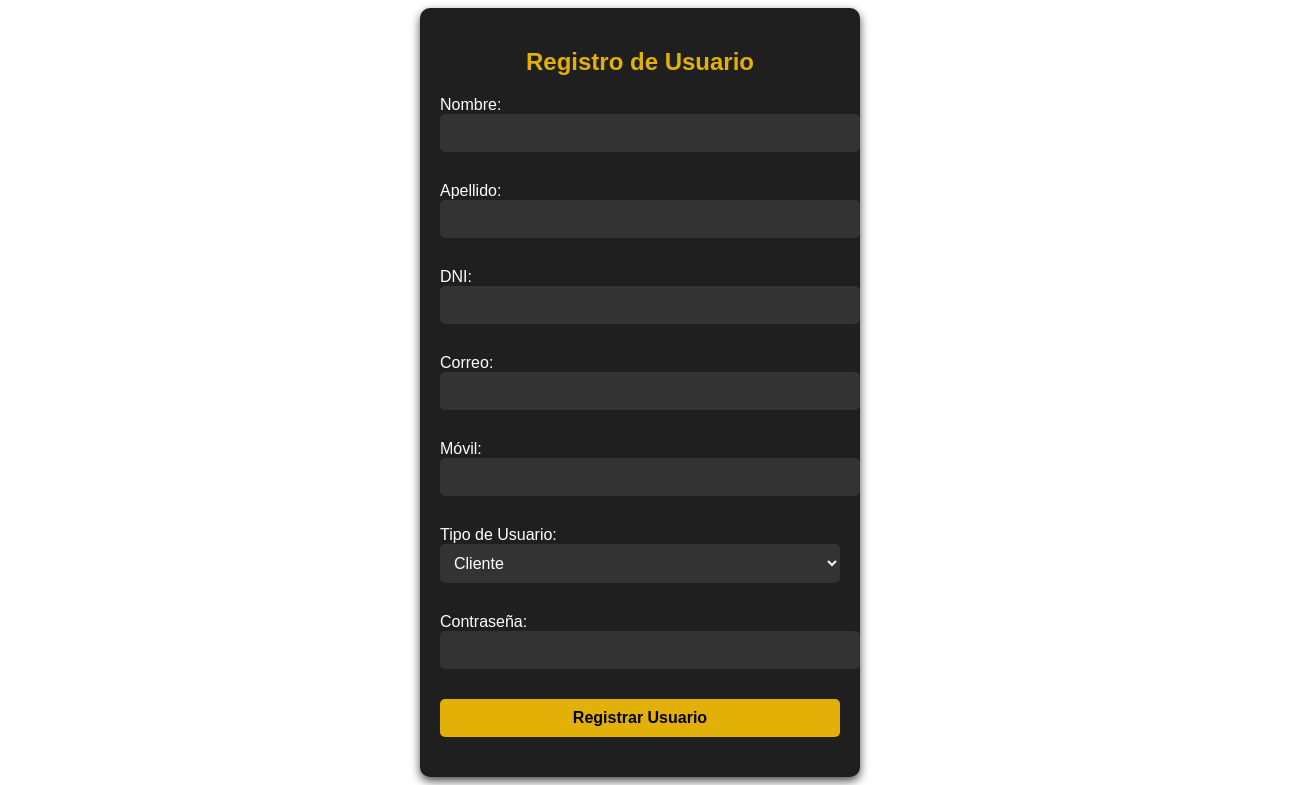
Repository: demoniers/clase
Page: /singin (app in misproyectos/concesionario/)
These files come from the project's save history. The page is drawn as it stood at one moment and after the next save; the edit follows.
The browser window is 1280 px wide. The page is 1280 px wide, then 1292 px, so the pictures cover 1292 px, including what lies to the right of the window. The pictures show the whole page.
The project was rebuilt for these pictures with package versions that can differ from the ones it lists, and the page was loaded fresh each time. Also part of the build but not shown: misproyectos/concesionario/src/routes/Home/Home.css, misproyectos/concesionario/src/routes/Home/Home.js, misproyectos/concesionario/src/routes/concesionario/Concesionario.css, misproyectos/concesionario/src/routes/concesionario/Concesionario.js.

Above is the page before, as saved 2025-03-19 13:01:31.

### misproyectos/concesionario/src/index.js
import React from 'react';
import { createRoot } from 'react-dom/client';
import { BrowserRouter } from 'react-router-dom';
import App from './App';

const rootElement = document.getElementById('root');
const root = createRoot(rootElement);

root.render(
  <React.StrictMode>
    <BrowserRouter>
      <App />
    </BrowserRouter>
  </React.StrictMode>
);


/*import React from 'react';
import { createRoot } from 'react-dom/client';
import App from './App';
import ReactDOM from 'react-dom/client';
import './index.css';
import { BrowserRouter } from 'react-router-dom';

const rootElement = document.getElementById('root');
const root = createRoot(rootElement);

root.render(
  <React.StrictMode>
    <App />
  </React.StrictMode>
);
*/

// If you want to start measuring performance in your app, pass a function
// to log results (for example: reportWebVitals(console.log))
// or send to an analytics endpoint. Learn more: https://bit.ly/CRA-vitals
//reportWebVitals();

### misproyectos/concesionario/src/App.js
import React from 'react';
import { Route, Routes } from 'react-router-dom';
import Home from './routes/Home/Home';
import Concesionario from './routes/concesionario/Concesionario';
import Singin from './routes/Users/singin';

function App() {
  return (
    <Routes>
      <Route path="/" element={<Home />} />
      <Route path="/concesionario" element={<Concesionario />} />
      <Route path="/singin" element={<Singin />} />
    </Routes>
  );
}

export default App;

### misproyectos/concesionario/src/routes/Users/singin.js
import React, { useState } from 'react';
import './singin.css';

function RegistroUsuario() {
  const [formData, setFormData] = useState({
    nombre: '',
    apellido: '',
    dni: '',
    correo: '',
    movil: '',
    tipo_usuario: '0', // Cliente por defecto
    contraseña: '',
  });

  const handleChange = (e) => {
    const { name, value } = e.target;
    setFormData({ ...formData, [name]: value });
  };

  const handleSubmit = async (e) => {
    e.preventDefault();
    try {
      const response = await fetch('http://tu-backend/api/usuarios', {
        method: 'POST',
        headers: {
          'Content-Type': 'application/json',
        },
        body: JSON.stringify(formData),
      });
      if (response.ok) {
        alert('Usuario registrado exitosamente.');
        setFormData({
          nombre: '',
          apellido: '',
          dni: '',
          correo: '',
          movil: '',
          tipo_usuario: '0',
          contraseña: '',
        });
      } else {
        alert('Error al registrar el usuario.');
      }
    } catch (error) {
      console.error('Error:', error);
      alert('Hubo un problema con el registro.');
    }
  };

  return (
    <div className="registro-formulario">
      <h2>Registro de Usuario</h2>
      <form onSubmit={handleSubmit}>
        <label>
          Nombre:
          <input
            type="text"
            name="nombre"
            value={formData.nombre}
            onChange={handleChange}
            required
          />
        </label>
        <label>
          Apellido:
          <input
            type="text"
            name="apellido"
            value={formData.apellido}
            onChange={handleChange}
            required
          />
        </label>
        <label>
          DNI:
          <input
            type="text"
            name="dni"
            value={formData.dni}
            onChange={handleChange}
            required
          />
        </label>
        <label>
          Correo:
          <input
            type="email"
            name="correo"
            value={formData.correo}
            onChange={handleChange}
            required
          />
        </label>
        <label>
          Móvil:
          <input
            type="text"
            name="movil"
            value={formData.movil}
            onChange={handleChange}
            required
          />
        </label>
        <label>
          Tipo de Usuario:
          <select
            name="tipo_usuario"
            value={formData.tipo_usuario}
            onChange={handleChange}
            required
          >
            <option value="0">Cliente</option>
            <option value="1">Trabajador</option>
            <option value="2">Admin</option>
            <option value="9">Jefe</option>
          </select>
        </label>
        <label>
          Contraseña:
          <input
            type="password"
            name="contraseña"
            value={formData.contraseña}
            onChange={handleChange}
            required
          />
        </label>
        <button type="submit">Registrar Usuario</button>
      </form>
    </div>
  );
}

export default RegistroUsuario;

### misproyectos/concesionario/src/routes/Users/singin.css
/* Estilo general del formulario */
.registro-formulario {
    max-width: 400px;
    margin: auto;
    padding: 20px;
    background: #1f1f1f;
    border-radius: 10px;
    box-shadow: 0 4px 10px rgba(0, 0, 0, 0.7);
    color: white;
    font-family: 'Arial', sans-serif;
  }

  .registro-formulario h2 {
    text-align: center;
    margin-bottom: 20px;
    color: #e2b007;
  }

  label {
    display: block;
    margin-bottom: 10px;
  }

  input, select, button {
    width: 100%;
    margin-bottom: 20px;
    padding: 10px;
    border-radius: 5px;
    border: none;
    font-size: 1rem;
  }

  input, select {
    background: #333;
    color: white;
  }

  button {
    background: #e2b007;
    color: black;
    cursor: pointer;
    font-weight: bold;
  }

  button:hover {
    background: #d49f07;
  }

Loaded but not shown: misproyectos/concesionario/public/index.html (common file)

After the next save:
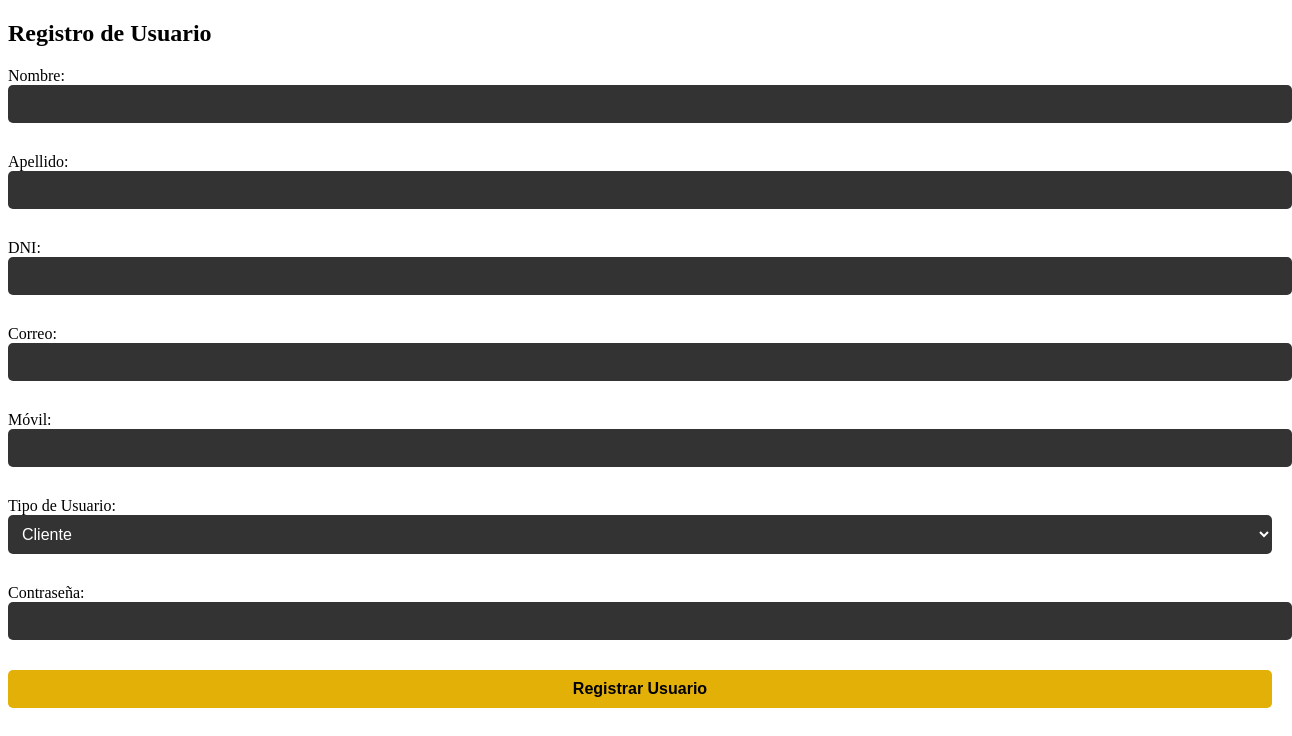
Saved 40 s later.
--- a/misproyectos/concesionario/src/routes/Users/singin.js
+++ b/misproyectos/concesionario/src/routes/Users/singin.js
@@ -1,14 +1,14 @@
 import React, { useState } from 'react';
-import './singin.css';
+import './singin.css'; // Importamos los estilos
 
-function RegistroUsuario() {
+function SingIn() {
   const [formData, setFormData] = useState({
     nombre: '',
     apellido: '',
     dni: '',
     correo: '',
     movil: '',
-    tipo_usuario: '0', // Cliente por defecto
+    tipo_usuario: '0', // Por defecto: Cliente
     contraseña: '',
   });
 
@@ -48,9 +48,9 @@ function RegistroUsuario() {
   };
 
   return (
-    <div className="registro-formulario">
+    <div className="singin-container">
       <h2>Registro de Usuario</h2>
-      <form onSubmit={handleSubmit}>
+      <form className="singin-form" onSubmit={handleSubmit}>
         <label>
           Nombre:
           <input
@@ -131,4 +131,4 @@ function RegistroUsuario() {
   );
 }
 
-export default RegistroUsuario;
+export default SingIn;
